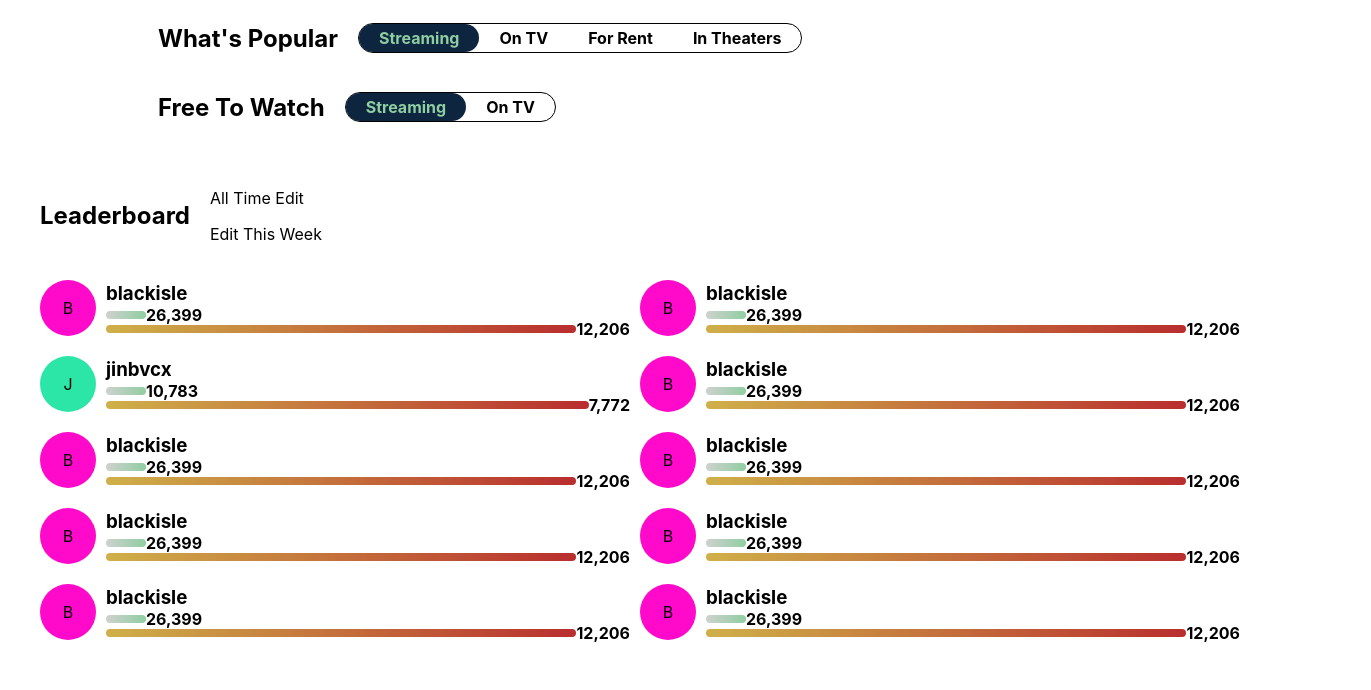
Repository: Fauzaanmhmd/qnpTesFrontend
Page: /
These files come from the project's save history. The page is drawn as it stood at one moment and after the next save; the edit follows.
The browser window is 1280 px wide. The page is 1371 px wide, so the pictures cover 1371 px, including what lies to the right of the window. The pictures show the part of the page from y = 364 to 1054 px (the page is 1054 px tall).
The page's requests for data from a server got no answer. The project was rebuilt for these pictures with package versions that can differ from the ones it lists, and the page was loaded fresh each time. The framework's server and built-in components were replaced by stand-ins that run in the browser. No one was signed in, and anything a server would have sent is missing. Also part of the build but not shown: next.config.js, styles/Moviecard.module.scss, pages/components/Moviecard.tsx.

Above is the page before, as saved 2022-03-20 22:37:42.

After the next save:
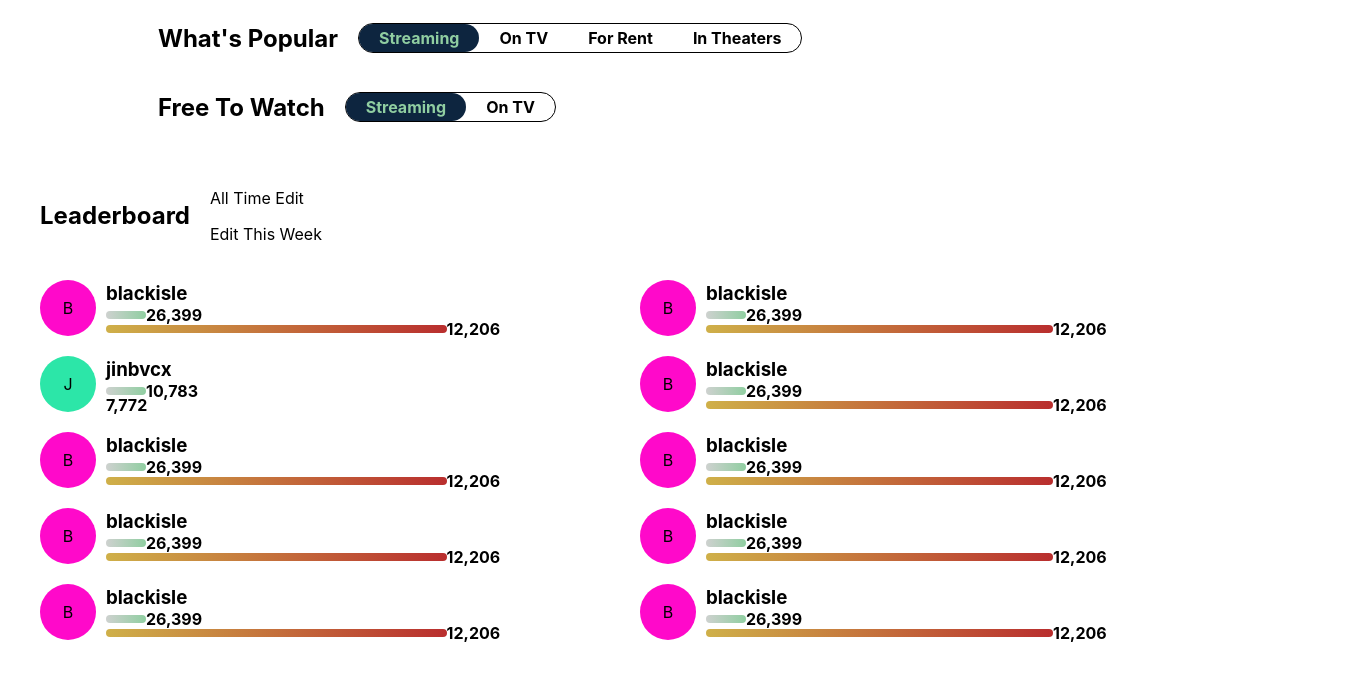
Saved 12 s later.
--- a/styles/Leaderboard.module.scss
+++ b/styles/Leaderboard.module.scss
@@ -134,8 +134,8 @@
     border-radius: 4px;
     background: linear-gradient(to right, $logoorange, $logored);
 }
-.gaugeThisWeekJ {
-    width: 100%;
+.gaugeThisWeek {
+    width: 65%;
     height: 100%;
     min-width: 40px;
     border-radius: 4px;
